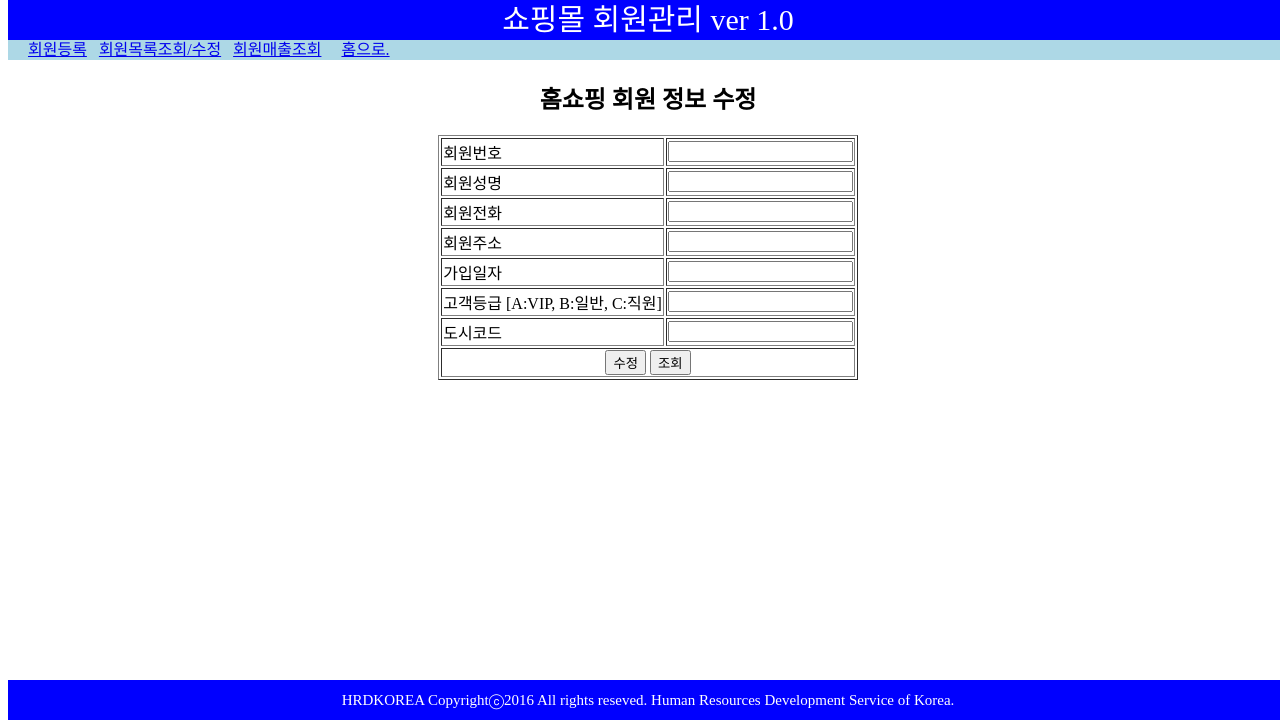
Repository: YeoJeongmo/hrdKorea
Page: http://localhost/hrd_01/modify.jsp
The author's editor kept a copy of each file at every save. The page is drawn from the files as they stood at one save, then again after the next save.
The browser window is 1280 px wide. The pictures show the whole page.
The page is served by Tomcat 9.

Above is the page before, as saved 2024-08-22 04:44:47.

After the next save:
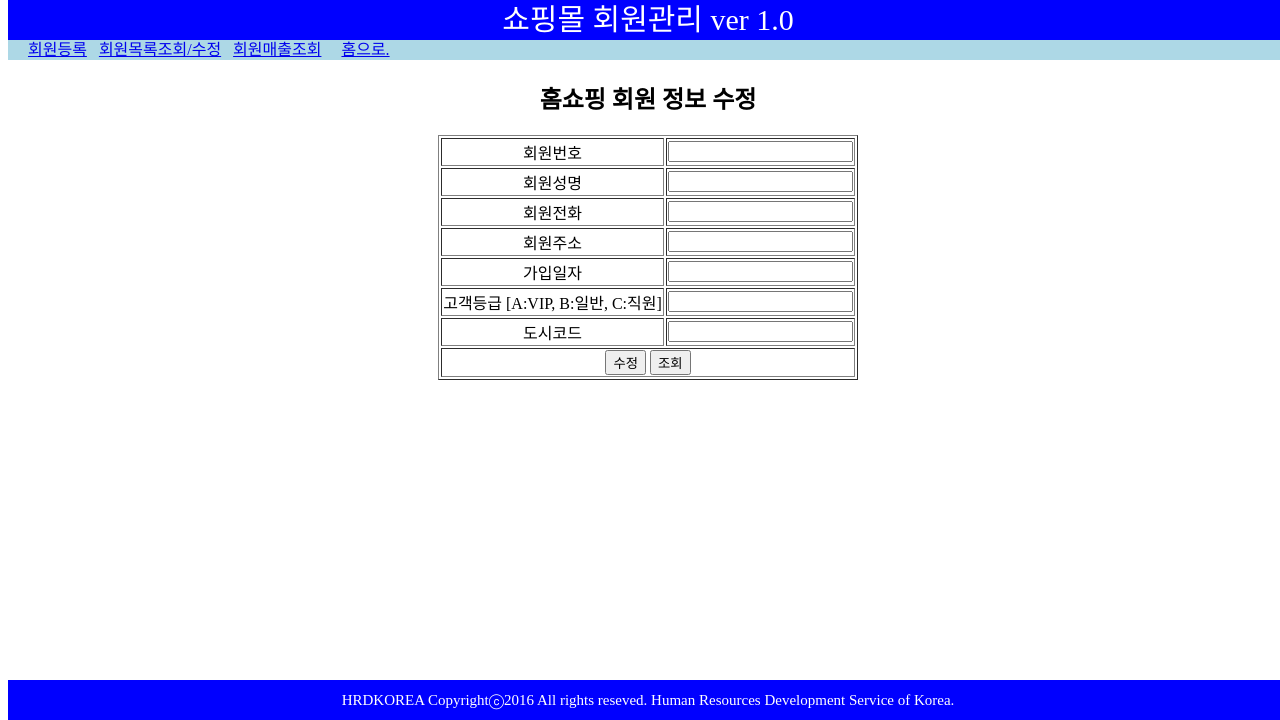
Saved 23 s later.
--- a/hrd_01/src/main/webapp/modify.jsp
+++ b/hrd_01/src/main/webapp/modify.jsp
@@ -19,7 +19,8 @@
 <form name="frm"
 		style="display:flex;
 		align-items: center;
-		justify-content: center;"
+		justify-content: center;
+		text-align: center;"
 		>
 
 	<table border="1">
